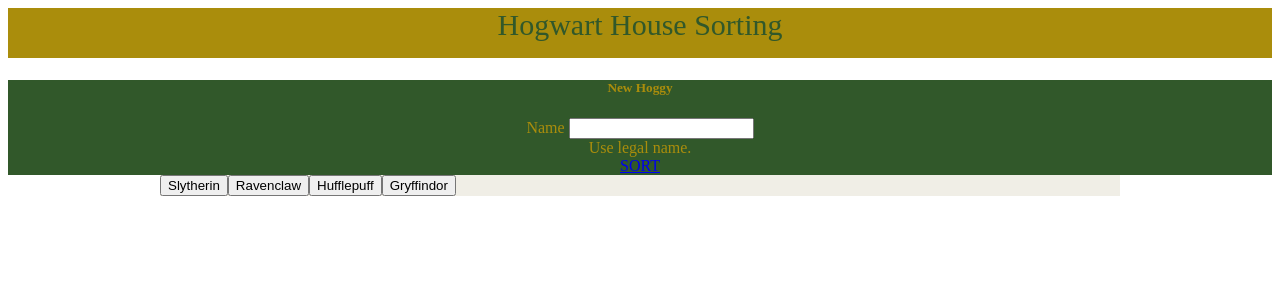
Repository: ZamlZam/INDIVIDUAL-PROJECT-sorting-hat
Page: index.html
These files come from the project's save history. The page is drawn as it stood at one moment and after a run of saves; the edit follows.
The browser window is 1280 px wide. The pictures show the whole page.

Above is the page before, as saved 2023-04-29 12:27:45.

After the next 2 saves:
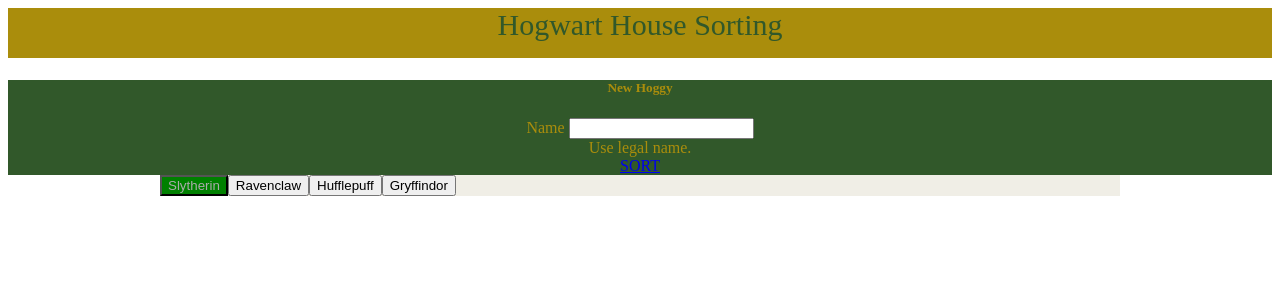
The 2 saves are shown as one change because they came seconds apart.
The last was saved 58 s later.
--- a/index.html
+++ b/index.html
@@ -29,7 +29,7 @@
     <div class="card-footer">
       <!-- <div class="flex-container"> -->
       <div class="Houses">
-        <button type="button" class="btn btn-outline-dark">Slytherin</button>
+        <button type="button" class= "one"btn btn-outline-dark">Slytherin</button>
         <button type="button" class="btn btn-outline-dark">Ravenclaw</button>
         <button type="button" class="btn btn-outline-dark">Hufflepuff</button>
         <button type="button" class="btn btn-outline-dark">Gryffindor</button>
